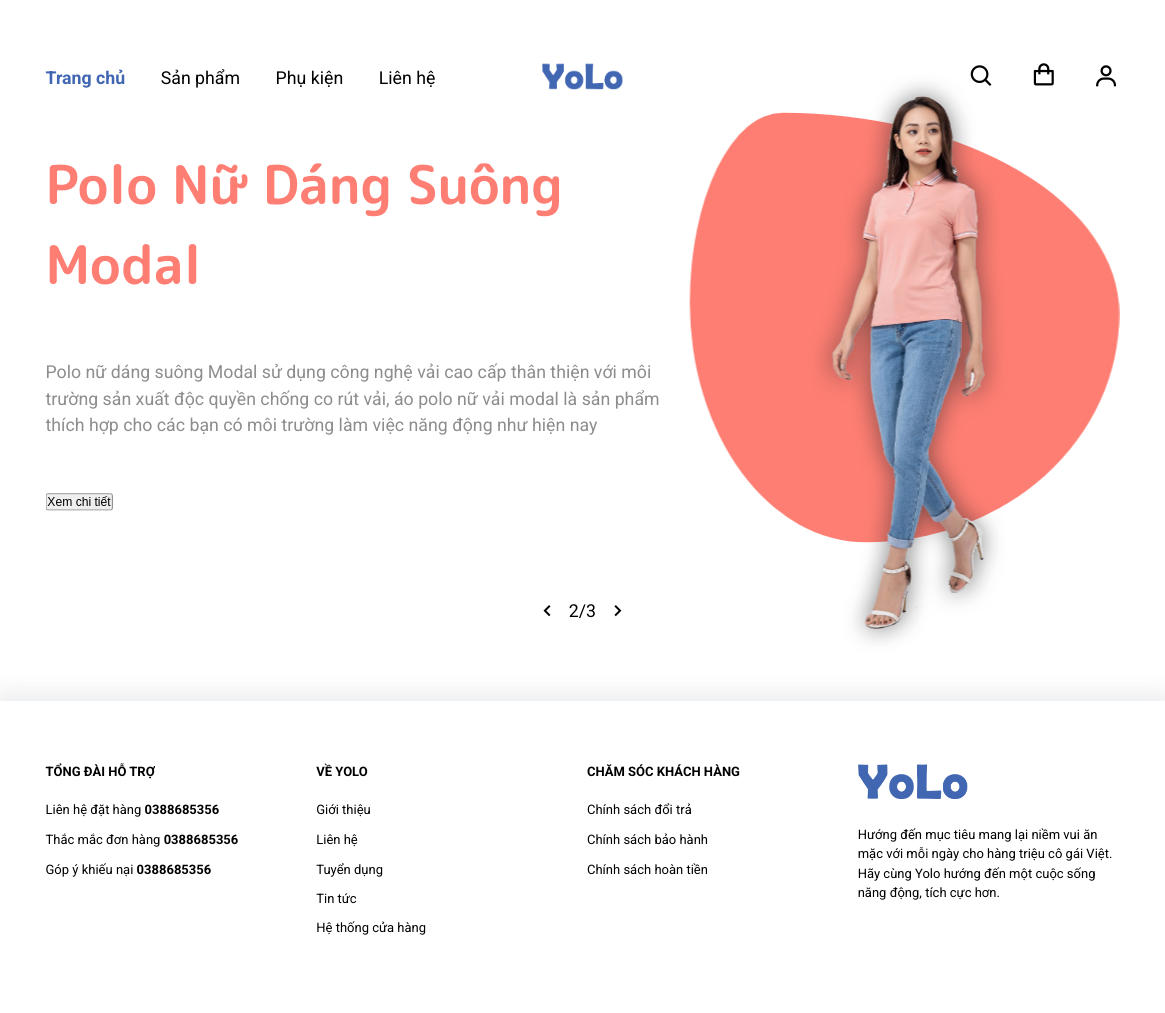
Repository: NguyenThanhBinh1210/Binh-React
Page: / (app in yoloshop/)
These files come from the project's save history. The page is drawn as it stood at one moment and after the next save; the edit follows.
The browser window is 1280 px wide. The pictures show the whole page, at 91% of full size.
The project was rebuilt for these pictures with package versions that can differ from the ones it lists, and the page was loaded fresh each time. A package was used in the major version that the imports need, not the one package.json lists. Also part of the build but not shown: yoloshop/src/pages/Product.jsx, yoloshop/src/pages/Catalog.jsx, yoloshop/src/pages/Cart.jsx, yoloshop/src/pages/Accessory.jsx, yoloshop/src/pages/Contact.jsx.

Above is the page before, as saved 2021-11-25 16:10:05.

### yoloshop/src/index.js
import React from 'react'
import ReactDOM from 'react-dom'
import Layout from './components/Layout'
import reportWebVitals from './reportWebVitals'
import './assets/boxicons-2.0.7/css/boxicons.min.css'
import './sass/index.scss'

ReactDOM.render(
	<React.StrictMode>
		<Layout />
	</React.StrictMode>,
	document.getElementById('root')
)

// If you want to start measuring performance in your app, pass a function
// to log results (for example: reportWebVitals(console.log))
// or send to an analytics endpoint. Learn more: https://bit.ly/CRA-vitals
reportWebVitals()

### yoloshop/src/components/Layout.jsx
import React from 'react'
import { BrowserRouter, Route } from 'react-router-dom'
import Header from './Header'
import Footer from './Footer'
import Routess from '../routes/Routess'

export default function Layout() {
	return (
		<BrowserRouter>
			<Route
				render={props => (
					<div>
						<Header {...props} />
						<div className="container">
							<div className="main">
								<Routess />
							</div>
						</div>
						<Footer />
					</div>
				)}
			/>
		</BrowserRouter>
	)
}

### yoloshop/src/sass/index.scss
@import './variables';
@import './mixins';
@import './base.scss';

@import './components/header';
@import './components/footer';
@import './components/hero-slider.scss';

### yoloshop/src/components/Header.jsx
import React, { useEffect, useRef } from 'react'
import logo from '../assets/images/Logo-2.png'
import { Link, useLocation } from 'react-router-dom'

const mainNav = [
	{
		display: 'Trang chủ',
		path: '/'
	},
	{
		display: 'Sản phẩm',
		path: '/catalog'
	},
	{
		display: 'Phụ kiện',
		path: '/accessories'
	},
	{
		display: 'Liên hệ',
		path: '/contact'
	}
]
export default function Header() {
	const { pathname } = useLocation()
	const activeNav = mainNav.findIndex(e => e.path === pathname)
	const headerRef = React.useRef(null)

	useEffect(() => {
		window.addEventListener('scroll', () => {
			if (
				document.body.scrollTop > 80 ||
				document.documentElement.scrollTop > 80
			) {
				headerRef.current.classList.add('shrink')
			} else {
				headerRef.current.classList.remove('shrink')
			}
		})
		return () => {
			window.removeEventListener('scroll')
		}
	}, [])

	const menuLeft = useRef(null)

	const menuToggle = () => menuLeft.current.classList.toggle('active')

	return (
		<div className="header" ref={headerRef}>
			<div className="container">
				<div className="header__logo">
					<Link to="/">
						<img src={logo} alt="logo" />
					</Link>
				</div>
				<div className="header__menu">
					<div className="header__menu__mobile-toggle" onClick={menuToggle}>
						<i class="bx bx-menu-alt-left"></i>
					</div>
					<div className="header__menu__left" ref={menuLeft}>
						<div className="header__menu__left__close" onClick={menuToggle}>
							<i class="bx bx-chevron-left"></i>
						</div>
						{mainNav.map((item, index) => (
							<div
								key={index}
								className={`header__menu__item  header__menu__left__item ${
									index === activeNav ? 'active' : ''
								}`}
								onClick={menuToggle}
							>
								<Link to={item.path}>
									<span>{item.display}</span>
								</Link>
							</div>
						))}
					</div>
					<div className="header__menu__right">
						<div className="header__menu__item header__menu__right__item">
							<i class="bx bx-search"></i>
						</div>
						<div className="header__menu__item header__menu__right__item">
							<Link to="/cart">
								<i class="bx bx-shopping-bag"></i>
							</Link>
						</div>
						<div className="header__menu__item header__menu__right__item">
							<i class="bx bx-user"></i>
						</div>
					</div>
				</div>
			</div>
		</div>
	)
}

### yoloshop/src/components/Footer.jsx
import React from 'react'
import { Link } from 'react-router-dom'
import Grid from './Grid'
import logo from '../assets/images/Logo-2.png'

const footerAboutLinks = [
	{
		display: 'Giới thiệu',
		path: '/about'
	},
	{
		display: 'Liên hệ',
		path: '/contact'
	},
	{
		display: 'Tuyển dụng',
		path: '/about'
	},
	{
		display: 'Tin tức',
		path: '/about'
	},
	{
		display: 'Hệ thống cửa hàng',
		path: '/about'
	}
]

const footerCustomLinks = [
	{
		display: 'Chính sách đổi trả',
		path: '/about'
	},

	{
		display: 'Chính sách bảo hành',
		path: '/about'
	},

	{
		display: 'Chính sách hoàn tiền',
		path: '/about'
	}
]

export default function Footer() {
	return (
		<footer className="footer">
			<div className="container">
				<Grid col={4} mdCol={2} smCol={1} gap={10}>
					<div>
						<div className="footer__title">Tổng đài hỗ trợ</div>
						<div className="footer__content">
							<p>
								Liên hệ đặt hàng <strong> 0388685356</strong>
							</p>
							<p>
								Thắc mắc đơn hàng <strong> 0388685356</strong>
							</p>
							<p>
								Góp ý khiếu nại <strong> 0388685356</strong>
							</p>
						</div>
					</div>
					<div>
						<div className="footer__title">Về Yolo</div>
						<div className="footer__content">
							{footerAboutLinks.map((item, i) => (
								<p key={i} className="">
									<Link to={item.path}>{item.display}</Link>
								</p>
							))}
						</div>
					</div>
					<div>
						<div className="footer__title">Chăm sóc khách hàng</div>
						<div className="footer__content">
							{footerCustomLinks.map((item, i) => (
								<p key={i} className="">
									<Link to={item.path}>{item.display}</Link>
								</p>
							))}
						</div>
					</div>
					<div className="footer__about">
						<p>
							<Link to="/">
								<img src={logo} className="footer__logo" alt="logo" />
							</Link>
						</p>
						<p>
							Hướng đến mục tiêu mang lại niềm vui ăn mặc với mỗi ngày cho hàng
							triệu cô gái Việt. Hãy cùng Yolo hướng đến một cuộc sống năng
							động, tích cực hơn.
						</p>
					</div>
				</Grid>
			</div>
		</footer>
	)
}

### yoloshop/src/routes/Routess.jsx
import React from 'react'
import { Switch, Route } from 'react-router-dom'
import Home from '../pages/Home'
import Product from '../pages/Product'
import Catalog from '../pages/Catalog'
import Cart from '../pages/Cart'
import Accessory from '../pages/Accessory'
import Contact from '../pages/Contact'

const Routess = () => {
	return (
		<Switch>
			<Route path="/" exact component={Home}></Route>
			<Route path="/catalog/:slug" component={Product}></Route>
			<Route path="/catalog" component={Catalog}></Route>
			<Route path="/cart" component={Cart}></Route>
			<Route path="/accessories" component={Accessory}></Route>
			<Route path="/contact" component={Contact}></Route>
		</Switch>
	)
}

export default Routess

### yoloshop/src/sass/_variables.scss
$main-bg: #fff;
$main-color: #4267b2;

$txt-main-color: #000000;
$txt-second-color: #8d8d8d;
$txt-white: #fff;

$btn-main-bg: $main-color;
$btn-main-color: #fff;

$header-height: 170px;
$header-tablet-height: 70px;
$header-mobile-height: 40px;
$header-shrink-height: 70px;

$box-shadow: rgba(149, 157, 165, 0.2) 0px 0px 24px 8px;

$colors: (
	'blue': #4267b2,
	'orange': #fbb96b,
	'pink': #fe7e73,
	'white': #fff,
	'black': #000,
	'main': $main-color
);

$mobile-width: 600px;
$tablet-width: 1024px;

$numbers: (0, 1, 2, 3, 4, 5, 6, 7, 8);

### yoloshop/src/sass/_mixins.scss
@mixin flex($align-item, $justify-content) {
	display: flex;
	align-items: $align-item;
	justify-content: $justify-content;
}

@mixin mobile {
	@media only screen and (max-width: $mobile-width) {
		@content;
	}
}
@mixin tablet {
	@media only screen and (max-width: $tablet-width) {
		@content;
	}
}

### yoloshop/src/sass/_base.scss
@import url('https://fonts.googleapis.com/css2?family=Roboto:ital,wght@0,100;0,300;0,400;0,500;0,700;0,900;1,100;1,300;1,400;1,500;1,700;1,900&display=swap');

@import url('https://fonts.googleapis.com/css2?family=M+PLUS+Rounded+1c:wght@100;300;400;500;700;800;900&display=swap');

* {
	padding: 0;
	margin: 0;
	box-sizing: border-box;
	-webkit-tap-highlight-color: transparent;
	user-select: none;
}

html {
	font-size: 13px;
}

body {
	font-family: 'Roboto', sans-serif;
}

ul {
	list-style-type: none;
}

a {
	text-decoration: none;
	color: unset;
}

@each $color, $val in $colors {
	.color-#{$color} {
		color: $val;
	}

	.bg-#{$color} {
		background-color: $val;
	}
}

@each $val in $numbers {
	.grid-col-#{$val} {
		grid-template-columns: repeat($val, 1fr);
	}
}

@each $val in $numbers {
	.grid-col-md-#{$val} {
		@include tablet {
			grid-template-columns: repeat($val, 1fr);
		}
	}
}

@each $val in $numbers {
	.grid-col-sm-#{$val} {
		@include mobile {
			grid-template-columns: repeat($val, 1fr);
		}
	}
}

.container {
	width: 100%;
	max-width: 1620px;
	padding: 0 50px;
	margin: auto;

	@include tablet {
		padding: 0 20px;
	}

	@include mobile {
		padding: 0 10px;
	}
}

.main {
	margin-top: $header-height;
	margin-bottom: 2rem;
	min-height: 100vh;

	@include tablet {
		margin-top: calc(#{$header-tablet-height} + 20px);
	}
	@include mobile {
		margin-top: calc(#{$header-mobile-height} + 10px);
	}
}

.grid {
	display: grid;
}

### yoloshop/src/sass/components/_header.scss
.header {
	background-color: $main-bg;
	position: fixed;
	top: 0;
	left: 0;
	width: 100%;
	z-index: 99;
	height: $header-height;
	transition: height 0.3s ease;

	@include tablet {
		height: $header-tablet-height;
		box-shadow: $box-shadow;
	}
	@include mobile {
		height: $header-mobile-height;
	}

	.container {
		height: 100%;
	}

	&.shrink {
		height: $header-shrink-height;
		box-shadow: $box-shadow;
		z-index: 10001;
	}

	&__logo {
		@include flex(center, center);
		position: absolute;
		inset: 0;
		pointer-events: none;

		img {
			height: 28px;
		}
	}

	&__menu {
		@include flex(center, space-between);
		height: 100%;
		font-size: 1.5rem;

		&__item ~ &__item {
			margin-left: 39px;
			@include tablet {
				margin-left: 20px;
			}
			@include mobile {
				margin-left: 10px;
			}
		}
		&__item.active {
			font-weight: 600;
			color: $main-color;
		}
		&__item:hover {
			color: $main-color;
		}
		&__left,
		&__right {
			@include flex(center, center);
			height: 100%;
		}

		&__right {
			font-size: 2.25rem;
			&__item {
				@include flex(center, center);
			}
			@include mobile {
				font-size: 1.5rem;
			}
		}

		&__left {
			&__close {
				display: none;
			}

			@include tablet {
				flex-direction: column;
				background-color: $main-bg;
				position: absolute;
				left: 0;
				top: 0;
				width: 100%;
				height: 100vh;
				justify-content: flex-start;
				padding-top: 30px;
				transform: translateX(-100%);
				transition: transform 0.5s ease;

				&.active {
					transform: translateX(0);
				}

				&__item ~ &__item {
					margin-left: unset;
					margin-top: 20px;
				}
				&__close {
					display: block;
					position: absolute;
					left: 20px;
					font-size: 2.5rem;
				}
			}
		}
		&__mobile-toggle {
			display: none;

			@include tablet {
				display: block;
				font-size: 2.5rem;
			}
		}
	}
}

### yoloshop/src/sass/components/_footer.scss
.footer {
	padding: 70px 0;
	box-shadow: $box-shadow;
	font-size: 1.1rem;
	a:hover {
		color: $main-color;
	}
	&__logo {
		height: 38px;
	}
	&__about {
		p {
			margin-bottom: 2rem;
		}
		p:not(:first-child) {
			line-height: 1.5;
		}
	}
	&__title {
		text-transform: uppercase;
		margin-bottom: 2rem;
		font-weight: 600;
	}
	&__content {
		p {
			margin-bottom: 1.25rem;
		}
	}
}

### yoloshop/src/sass/components/_hero-slider.scss
.hero-slider {
	height: 100vh;
	max-height: 1080px;
	overflow: hidden;
	position: relative;
	margin-bottom: 50px;
	margin-top: calc(#{$header-height} * -1);
	@include tablet {
		margin-top: calc(#{$header-tablet-height} * -1);
	}
	@include mobile {
		margin-top: calc(#{$header-mobile-height} * -1);
	}
	&__item {
		@include flex(center, space-between);
		opacity: 0;
		visibility: hidden;
		pointer-events: none;
		position: absolute;
		inset: 0;
		&.active {
			opacity: 1;
			visibility: visible;
			pointer-events: visible;
		}
		&__info {
			width: 58.33%;
			&__title,
			&__description {
				margin-bottom: 60px;

				@include tablet {
					margin-bottom: 15px;
				}
			}
			&__title {
				font-family: 'M Plus Rounded 1c', sans-serif;
				font-weight: 600;
				font-size: 4.5rem;
				line-height: 6.75rem;
				overflow: hidden;
			}
			&__description {
				color: $txt-second-color;
				font-size: 1.5rem;
				line-height: 2.25rem;
				overflow: hidden;
			}
			&__btn {
				overflow: hidden;
			}
		}
		&__image {
			flex-grow: 1;
			position: relative;
			height: 100%;
			z-index: 1000;
			pointer-events: none;
			img {
				height: 95vh;
				position: absolute;
				bottom: 0;
				right: 0;
			}
			.shape {
				$size: 472px;
				height: $size;
				width: $size;
				position: absolute;
				right: 0;
				top: 50%;
				border-radius: 30% 70% 70% 30% / 30% 30% 70% 70%;
				transform: translate(0, -50%);
				transition: border-radius 13s ease;
				animation: border 10s infinite forwards;
			}
		}
	}
	&__control {
		@include flex(center, center);
		position: absolute;
		bottom: 5%;
		left: 50%;
		transform: translateX(-50%);

		&__item ~ &__item {
			margin-left: 10px;
		}
		&__item {
			@include flex(center, center);
			font-size: 2rem;
			cursor: pointer;

			&:hover {
				color: $main-color;
			}
			.index {
				font-size: 1.5rem;
			}
		}
	}
}

@keyframes border {
	0% {
		border-radius: 30% 70% 70% 30% / 30% 30% 70% 70%;
	}
	50% {
		border-radius: 20% 80% 59% 41% / 43% 45% 55% 57%;
	}
	100% {
		border-radius: 32% 68% 59% 41% / 53% 59% 41% 47%;
	}
}

### yoloshop/src/components/Grid.jsx
import React from 'react'
import PropTypes from 'prop-types'

const Grid = props => {
	const style = {
		gap: props.gap ? `${props.gap}px` : '0'
	}
	const col = props.col ? `grid-col-${props.col}` : '0'
	const mdCol = props.mdCol ? `grid-col-${props.mdCol}` : '0'
	const smCol = props.smCol ? `grid-col-${props.smCol}` : '0'
	return (
		<div className={`grid ${col} ${mdCol} ${smCol}`} style={style}>
			{props.children}
		</div>
	)
}

Grid.propTypes = {
	col: PropTypes.number.isRequired,
	mdCol: PropTypes.number,
	smCol: PropTypes.number,
	gap: PropTypes.number
}

export default Grid

### yoloshop/src/pages/Home.jsx
import React from 'react'
import heroSliderData from '../assets/fake-data/hero-slider'
import Helmet from '../components/Helmet'
import HeroSlider from '../components/HeroSlider'

const Home = () => {
	return (
		<Helmet title="Trang chủ">
			<HeroSlider
				data={heroSliderData}
				control={true}
				auto={true}
				timeOut={4000}
			/>
		</Helmet>
	)
}

export default Home

### yoloshop/src/assets/fake-data/hero-slider.js
const img1 = require('../images/slider/slide_1.png').default
const img2 = require('../images/slider/slide_2.png').default
const img3 = require('../images/slider/slide_3.png').default

const heroSliderData = [
	{
		title: 'Polo nữ Pima cao cấp',
		description:
			'Nhắc đến sự đẳng cấp là không thể không nhắc đến dòng vải pima. Nó tạo nên chất lượng tốt nhất cho bất kỳ sản phẩm thời trang nào. Sợi vải pima dài và dày hơn sợi cotton thông thường gấp đôi nhờ công nghệ dệt tân tiến. Điều đó làm cho kết cấu áo polo chắc chắn, bền chặt, hạn chế tối đa xù lông, mềm mượt, bền màu, vô cùng đảm bảo sức khoẻ người dùng',
		img: img1,
		color: 'blue',
		path: '/catalog/ao-thun-dinosaur-01'
	},
	{
		title: 'Polo Nữ Dáng Suông Modal',
		description:
			'Polo nữ dáng suông Modal sử dụng công nghệ vải cao cấp thân thiện với môi trường sản xuất độc quyền chống co rút vải, áo polo nữ vải modal là sản phẩm thích hợp cho các bạn có môi trường làm việc năng động như hiện nay',
		img: img2,
		path: '/catalog/ao-thun-dinosaur-02',
		color: 'pink'
	},
	{
		title: 'Polo Nữ Coolmax Lacoste',
		description:
			'Mẫu áo polo nữ được làm bằng chất liệu coolmax đem lại cảm giác mát lạnh khi mặc. Thiết kế mẫu áo polo coolmax này có kiểu dáng cực kỳ thoải mái. Tạo sự gọn gàng hứa hẹn sẽ là mẫu áo polo vô cùng hot trong thời điểm sắp tới',
		img: img3,
		path: '/catalog/ao-thun-dinosaur-03',
		color: 'orange'
	}
]

export default heroSliderData

### yoloshop/src/components/Helmet.jsx
import React from 'react'
import PropTypes from 'prop-types'

const Helmet = props => {
	document.title = 'Yolo - ' + props.title

	return <div>{props.children}</div>
}

Helmet.propTypes = {
	title: PropTypes.string.isRequired
}

export default Helmet

### yoloshop/src/components/HeroSlider.jsx
import React, { useCallback, useEffect, useState } from 'react'
import PropTypes from 'prop-types'
import { Link } from 'react-router-dom'

const HeroSlider = props => {
	const data = props.data
	// const activeSlider = 0
	const [activeSlider, setActiveSlider] = useState(0)

	const nextSlide = useCallback(() => {
		const _index = activeSlider + 1 === data.length - 1 ? 0 : activeSlider + 1
		setActiveSlider(_index)
	}, [activeSlider, data])

	const prevSlide = () => {
		const _index = activeSlider - 1 < 0 ? data.length - 1 : activeSlider - 1
		setActiveSlider(_index)
	}
	const timeOut = props.timeOut ? props.timeOut : 3000

	useEffect(() => {
		if (props.auto) {
			const sliderAuto = setInterval(() => {
				nextSlide()
			}, timeOut)
			return () => {
				clearInterval(sliderAuto)
			}
		}
	}, [nextSlide, timeOut, props])
	return (
		<div className="hero-slider">
			{data.map((item, index) => (
				<HeroSliderItem
					key={index}
					item={item}
					active={index === activeSlider}
				/>
			))}
			{props.control ? (
				<div className="hero-slider__control">
					<div className="hero-slider__control__item" onClick={prevSlide}>
						<i className="bx bx-chevron-left"></i>
					</div>
					<div className="hero-slider__control__item">
						<div className="index">
							{activeSlider + 1}/{data.length}
						</div>
					</div>

					<div className="hero-slider__control__item" onClick={nextSlide}>
						<i className="bx bx-chevron-right"></i>
					</div>
				</div>
			) : null}
		</div>
	)
}

HeroSlider.propTypes = {
	data: PropTypes.array.isRequired,
	control: PropTypes.bool,
	auto: PropTypes.bool,
	timeOut: PropTypes.number
}

const HeroSliderItem = props => (
	<div className={`hero-slider__item ${props.active ? 'active' : ''}`}>
		<div className="hero-slider__item__info">
			<div
				className={`hero-slider__item__info__title color-${props.item.color}`}
			>
				<span> {props.item.title}</span>
			</div>
			<div className="hero-slider__item__info__description">
				<span> {props.item.description}</span>
			</div>
			<div className="hero-slider__item__info__btn">
				<Link to={props.item.path}>
					<button>Xem chi tiết</button>
				</Link>
			</div>
		</div>
		<div className="hero-slider__item__image">
			<div className={`shape bg-${props.item.color}`}></div>
			<img src={props.item.img} alt={props.item.title} />
		</div>
	</div>
)

export default HeroSlider

Loaded but not shown: yoloshop/public/index.html (common file); yoloshop/src/reportWebVitals.js (common file); yoloshop/src/assets/boxicons-2.0.7/css/boxicons.min.css (library)

After the next save:
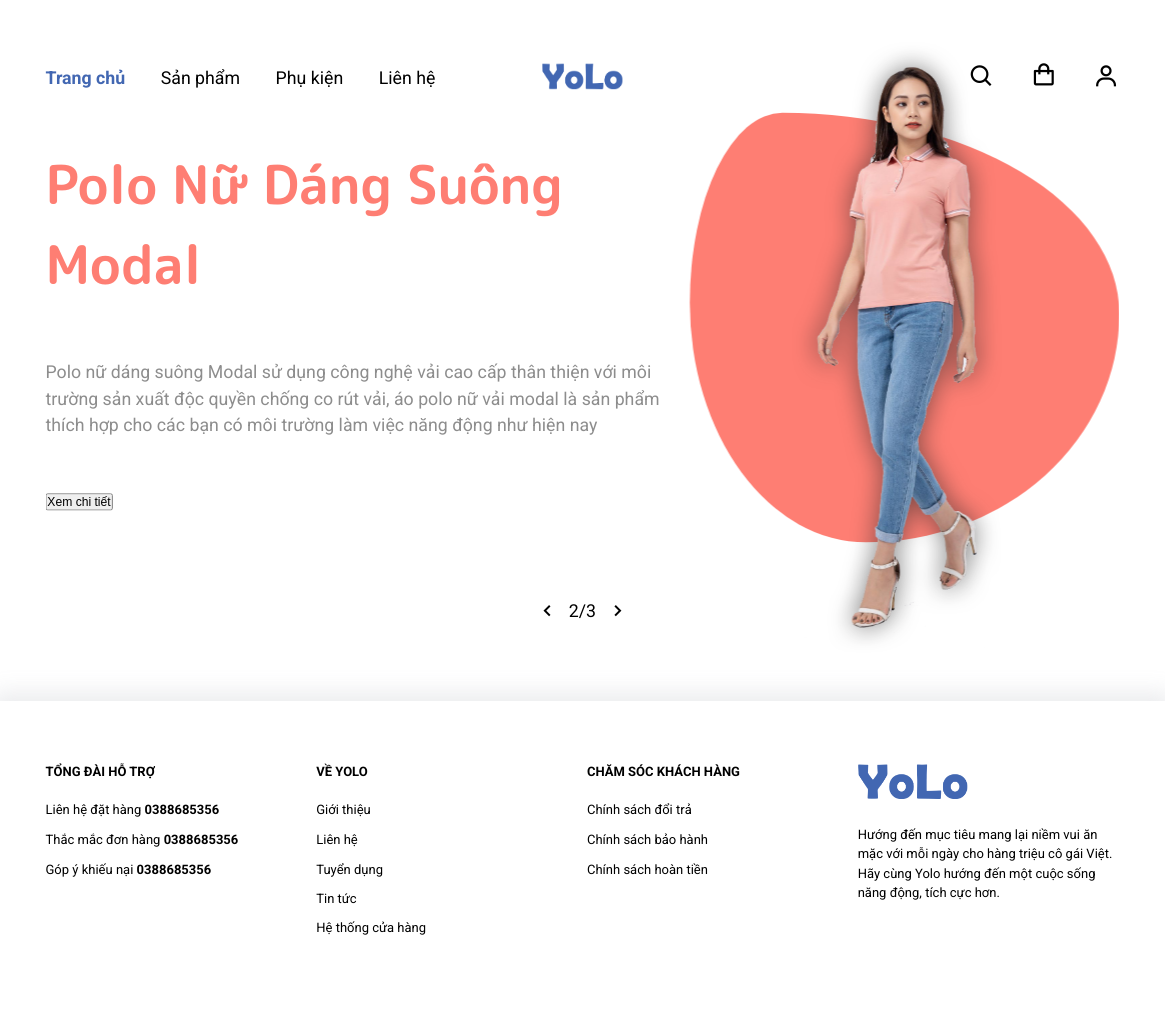
Saved 65 s later.
--- a/yoloshop/src/sass/components/_hero-slider.scss
+++ b/yoloshop/src/sass/components/_hero-slider.scss
@@ -57,7 +57,7 @@
 			z-index: 1000;
 			pointer-events: none;
 			img {
-				height: 95vh;
+				height: 100vh;
 				position: absolute;
 				bottom: 0;
 				right: 0;
